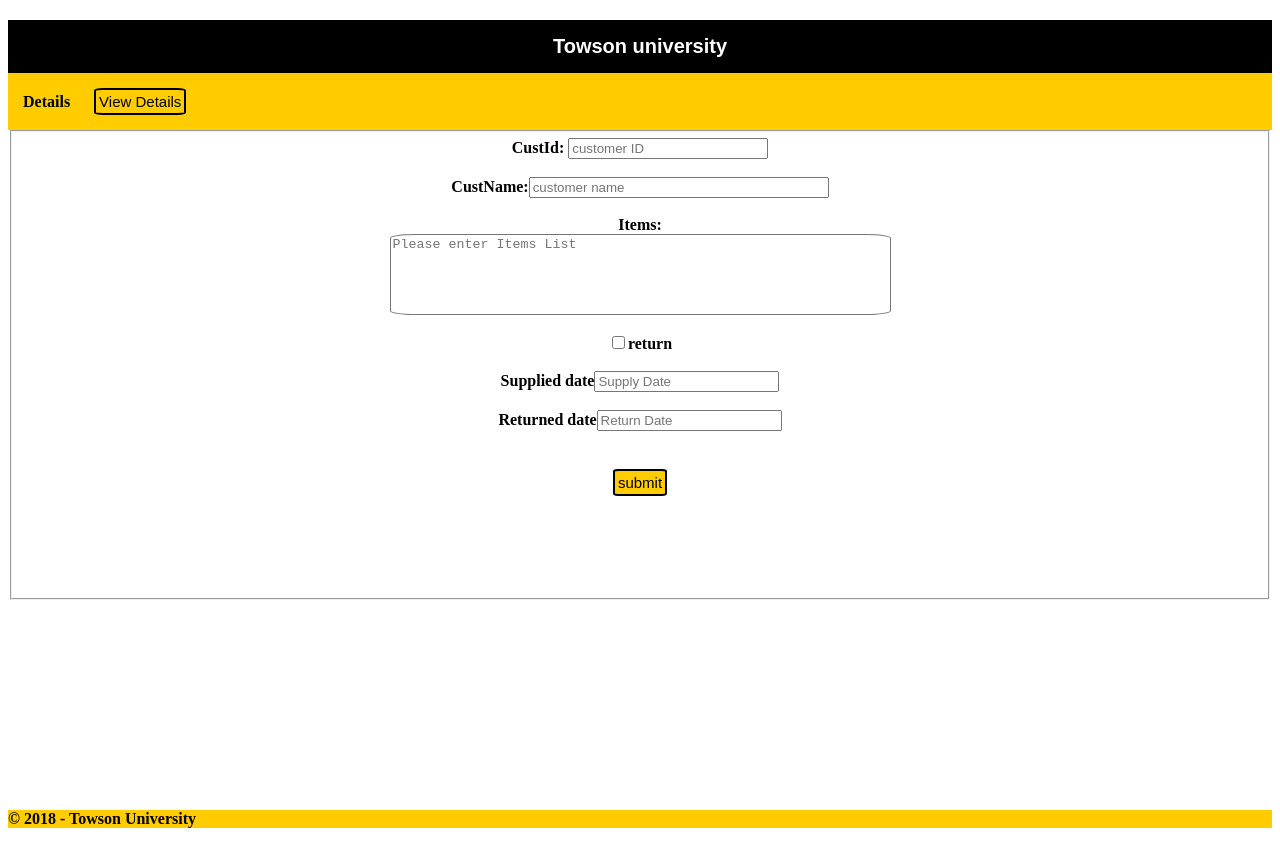
Repository: DatabaseCOSC578/eclipse-workspace11
Page: http://localhost/Supervisor/Supervisor.jsp
An editor plug-in stored every save of this project. The page is shown before and after the next save, followed by the edit.
The browser window is 1280 px wide. The pictures show the whole page.
The page is served by Tomcat 9. Other server files are loaded and not shown.

Above is the page before, as saved 2018-04-15 20:09:14.

### Supervisor/WebContent/Supervisor.jsp
<html>
<head>
    <link href="css/layout1.css" rel="stylesheet">
</head>
<body>
<header><center>Towson university</center></header>
<form name="inputdetails" action="store" method="post" id="form1">
<div><b>Details</b>


<button id ="b1" type="submit" formaction="Supervisorshow.jsp">View Details</button>


</div>
<fieldset><center>

<b>CustId:</b> <input type=text style="width: 200px;" name="custid " placeholder="customer ID"><br><br>
<b>CustName:</b><input type=text style="width: 300px; align:center;" name="custname" placeholder="customer name "><br><br>
<b>Items:<b/><br/>
<textarea rows="5" cols="60"  maxlength="260" name="items" placeholder="Please enter Items List">
</textarea> <br><br>
<input type=checkbox name="return" value=1>return<br><br>
Supplied date<input type=text name="sdate" placeholder="Supply Date" ><br><br>
Returned date<input type=text name="rdate" placeholder="Return Date" ><br><br>
<input type=submit value=submit> <br><br><br><br><br>
</center></fieldset>
</form>
</body>
<footer> &copy 2018 - Towson University</footer>
</html>

### Supervisor/WebContent/css/layout1.css
header {
	position: relative;
	color: #FFFFFF;
	font-family: sans-serif;
	font-size: 20px;
	text-align:left;
	background-color: #000000;
	margin: 20;
	margin-left:0;
	margin-bottom:0;
	margin-right:0;

	padding: 15;
	font-weight:700;
}

div {
	background-color: #fc0;
	margin: 0;
	margin-top:0;
	padding: 15;
}

#fs {
	margin-top: 5;
	border: solid;
}

footer {
	font-weight: 800;
	text-color: solid #000000;
	background-color: #fc0;
	margin-top: 210;
}
textarea{
	resize:none;
	border-radius:5%;
}
input[type="submit"] {
	align:center;
	margin: 20px;
	background-color: #fc0;
	padding: 3;
	text-align:center;
	text-weight: 700;
	border: solid 2px;
	font-size: 15;
	border-radius: 9%;
}
input[type="submit"]:hover {
	cursor:pointer;
}

#abc{
align:center;
margin-left:800;
}

#b1 {
		align:center;
	margin-left: 20px;
	background-color: #fc0;
	padding: 3;
	text-align:center;
	text-weight: 700;
	border: solid 2px;
	font-size: 15;
	border-radius: 9%;
}

After the next save:
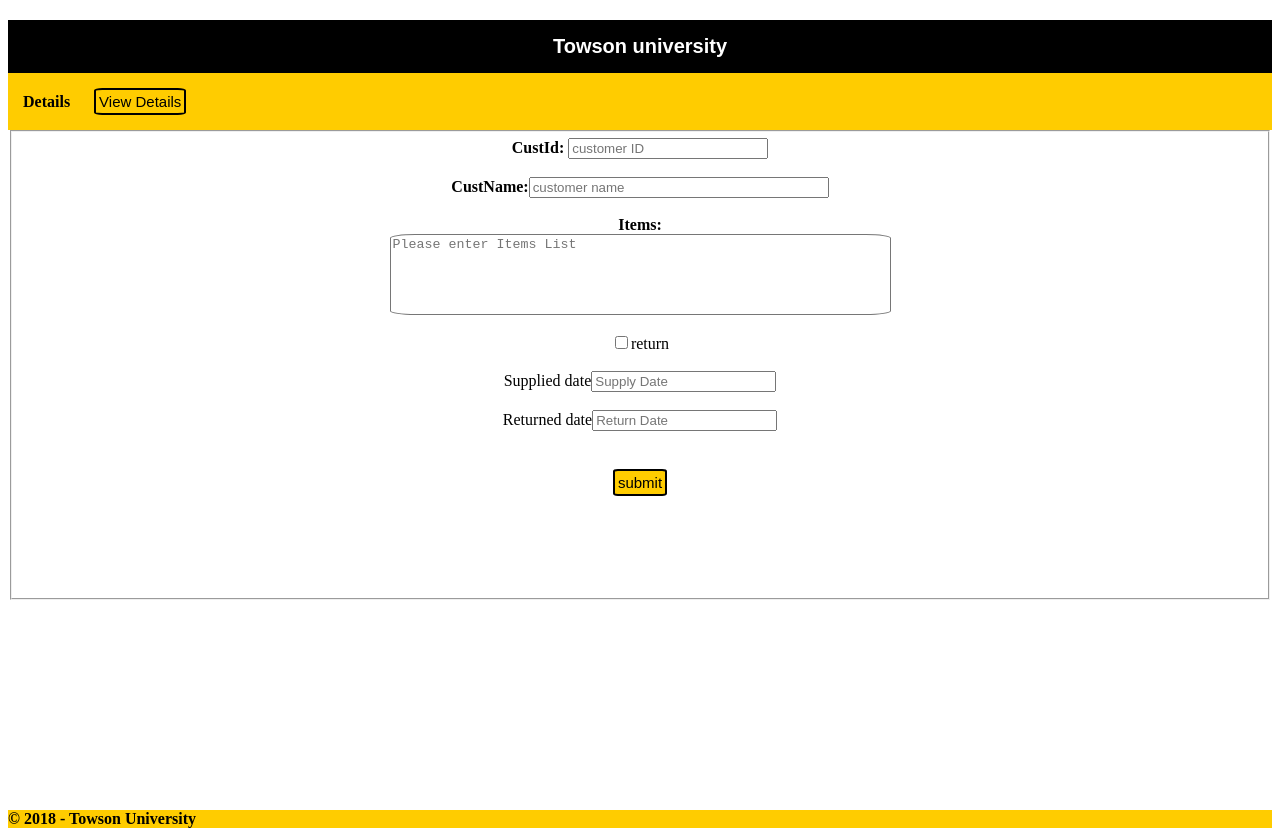
Saved 116 s later.
--- a/Supervisor/WebContent/Supervisor.jsp
+++ b/Supervisor/WebContent/Supervisor.jsp
@@ -16,7 +16,7 @@
 
 <b>CustId:</b> <input type=text style="width: 200px;" name="custid " placeholder="customer ID"><br><br>
 <b>CustName:</b><input type=text style="width: 300px; align:center;" name="custname" placeholder="customer name "><br><br>
-<b>Items:<b/><br/>
+<b>Items:</b></br>
 <textarea rows="5" cols="60"  maxlength="260" name="items" placeholder="Please enter Items List">
 </textarea> <br><br>
 <input type=checkbox name="return" value=1>return<br><br>
